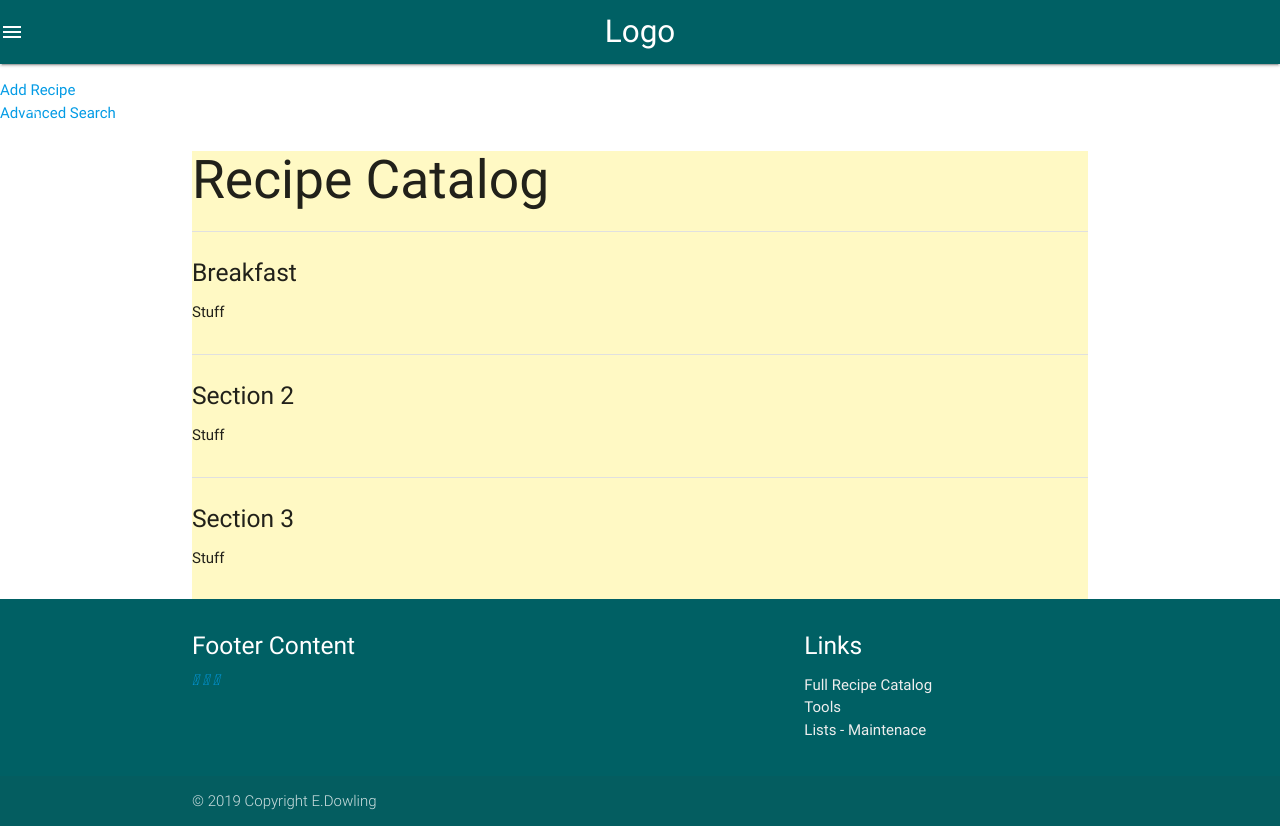
Repository: eldowling/lets-cook-together
Page: http://localhost/get_catalog?course=breakfast
The author's editor kept a record of every edit. The page is drawn from the files as they stood at one moment, then again after the next edit.
The browser window is 1280 px wide. The pictures show the whole page.
Some web libraries are served in a nearby version. The page is served by the project's application, run on Flask 3 (app.py). Queries for data that is not in the repository find no rows.

Above is the page before.
Console error: TypeError: $(...).sidenav is not a function

After the next edit:
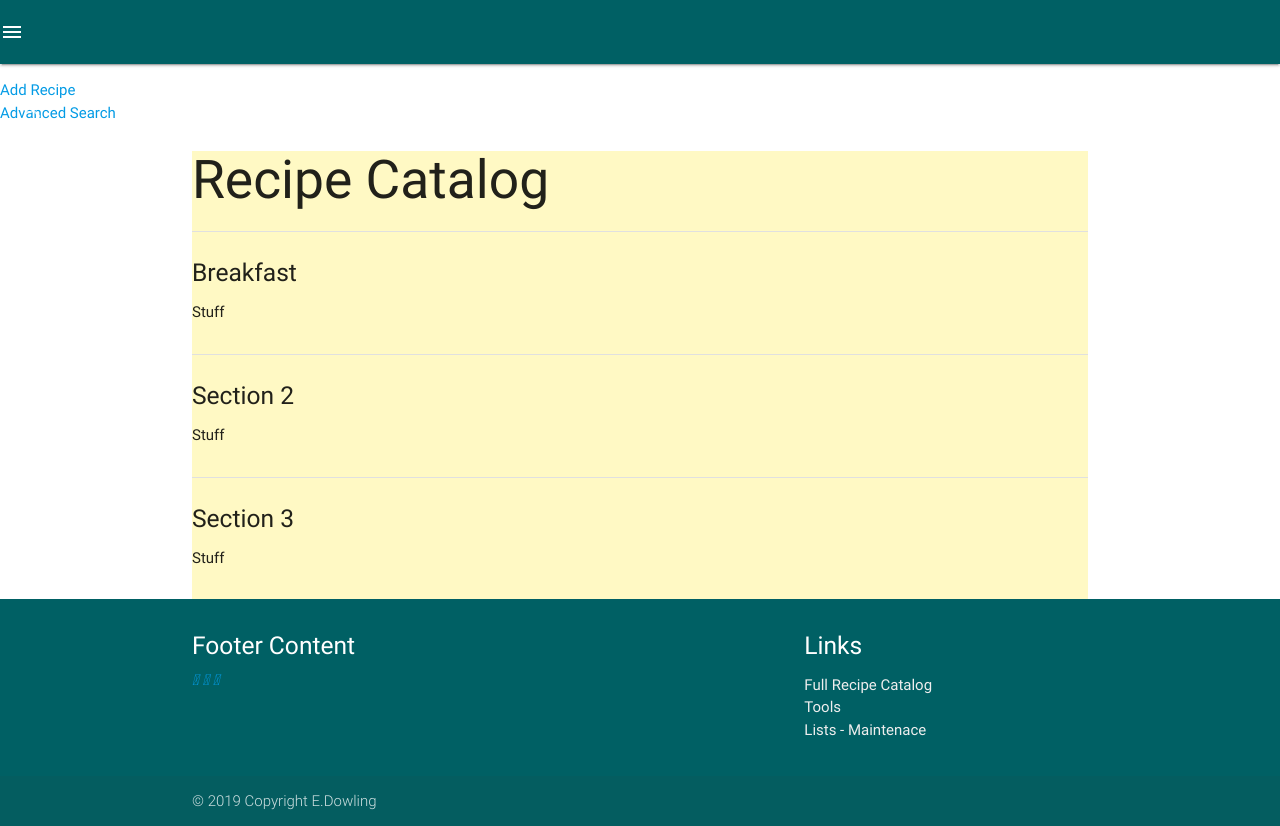
The edit:
--- a/templates/base.html
+++ b/templates/base.html
@@ -22,7 +22,6 @@
             <div class="nav-wrapper cyan darken-4">
 
                 <form>
-                    <a href="#" class="brand-logo center">Logo</a>
                     <a href="#" data-target="mobile-demo" class="sidenav-trigger"><i class="material-icons">menu</i></a>
                     <div class="input-field inline ">
                         <input id="search" type="search" required>
